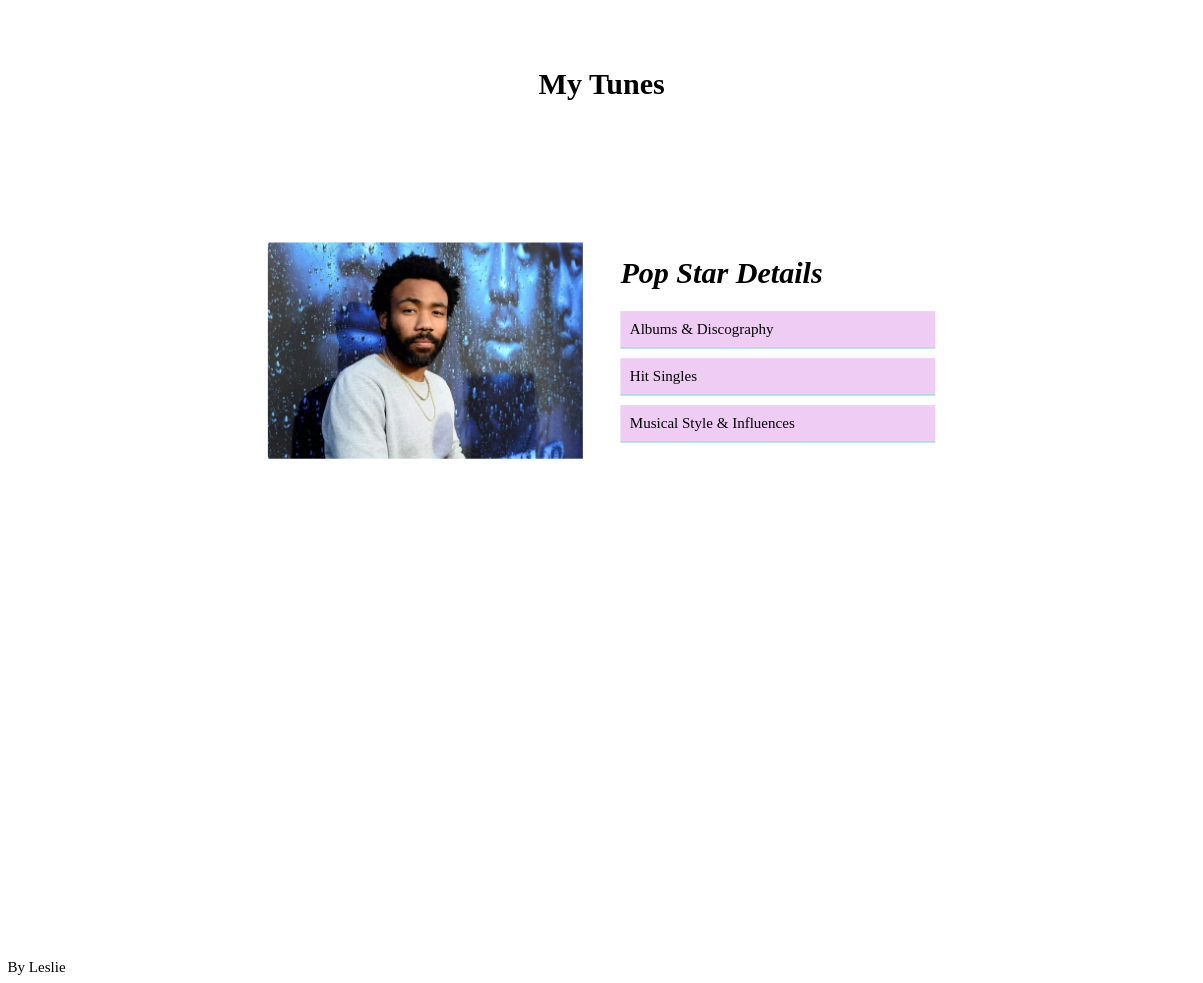
Repository: leslie179/labOne
Page: /
These files come from the project's save history. The page is drawn as it stood at one moment and after a run of saves; the edit follows.
The browser window is 1280 px wide. The pictures show the whole page, at 94% of full size.
The project was rebuilt for these pictures with package versions that can differ from the ones it lists, and the page was loaded fresh each time. The framework's server and built-in components were replaced by stand-ins that run in the browser. Also part of the build but not shown: next.config.js, components/Footer/Footer.module.css.

Above is the page before, as saved 2024-09-15 22:41:01.

### pages/index.js
import Head from 'next/head'
import styles from '@/styles/Home.module.css'
import Footer from '@/components/Footer'
import Header from '@/components/Header'
import LeftComponent from '@/components/LeftComponent'
import RightComponent from '@/components/RightComponent'

export default function Home() {
  return (
    <>
      <Head>
        <title>Create Next App</title>
        <meta name="description" content="Generated by create next app" />
        <meta name="viewport" content="width=device-width, initial-scale=1" />
        <link rel="icon" href="/favicon.ico" />
      </Head>
      <Header/>
      <main className={`${styles.main}`}>
      <div className={styles.container}>
      <div className={styles.left}>
                <LeftComponent />
            </div>
            <div className={styles.right}>
              <h1 className={styles.h1}>Pop Star Details</h1>
                <RightComponent />
            </div>
            </div>
      </main>
      <Footer/>
    </>
  )
}

### styles/globals.css
:root {


}

a {
  color: inherit;
  text-decoration: none;
}

### styles/Home.module.css
.main {
  display: flex;
  flex-direction: column;
  justify-content: space-between;
  align-items: center;
  padding: 6rem;
  min-height: 20vh;
}

.container {
  display: flex;
  width: 70%;
  height: 100vh;

}

.left, .right {
  width: 50%;
  padding: 20px;
  box-sizing: border-box;
}



.h1{
  padding-top: 8%;
  font-style: italic;
}

### components/Footer/index.js
import styles from "./Footer.module.css"

export default function Footer() {
    return(
        <footer className={styles.Footer}>
            By Leslie
        </footer>
    )
}

### components/Header/index.js
import styles from './Header.module.css';


export default function Header() {
    return (
        <header className={styles.header}>
            <h1>My Tunes</h1>
        </header>
    );
}

### components/LeftComponent/index.js
import styles from './LeftComponent.module.css';

export default function LeftComponent() {
    return (
        <div>
            <img src="childish_icon.jpg" alt="Childish Icon" className={styles.image} />
        </div>
    );
}

### components/RightComponent/index.js
import { useState } from 'react';
import styles from './RightComponent.module.css';

export default function RightComponent() {
    const [activeIndex, setActiveIndex] = useState(null);

    const toggleAccordion = (index) => {
        setActiveIndex(activeIndex === index ? null : index);
    };

    const categories = [
        {
            title: 'Albums & Discography',
            content: '"Camp" \n"Because the Internet" \n"Awaken, My Love!"'
        },
        {
            title: 'Hit Singles',
            content: '"3005"\n "Redbone"\n "This Is America" which won Grammys for its cultural impact.'
        },
        {
            title: 'Musical Style & Influences',
            content: 'Blend of hip hop, soul, funk, and rock, drawing influence from Prince, OutKast, and more.'
        }
    ];

    return (
        <div className={styles.accordion}>
            {categories.map((category, index) => (
                <div key={index} className={styles.item}>
                    <div className={styles.title} onClick={() => toggleAccordion(index)}>
                        {category.title}
                    </div>
                    <div className={`${styles.content} ${activeIndex === index ? styles.show : ''}`}>
                        <p>{category.content.split('\n').map((line, i) => (
                            <span key={i}>{line}<br /></span>
                        ))}</p>
                    </div>
                </div>
            ))}
        </div>
    );
}

### components/Header/Header.module.css
.header {
    text-align: center;
    padding-top: 5%;
  }

  .header h1 {
    margin: 0;
    padding: 0;
    font-size: 2rem; /* Adjust as needed */
  }

### components/LeftComponent/LeftComponent.module.css
.left {
    width: 50%;
    background-color: lightgray;
    padding: 20px;
    box-sizing: border-box;
    height: 100vh;
    float: left;
}

.image{
    width: 100%;
    padding-top: 10%;
}

### components/RightComponent/RightComponent.module.css
.right {
    width: 50%;
    padding: 20px;

    box-sizing: border-box;
    height: 100vh;
    float: right;
}


.item {
    border-bottom: 2.5px solid lightblue;
    margin-bottom: 10px;
}

.title {
    cursor: pointer;
    padding: 10px;
    background-color: #eeccf4;
}

.content {
    max-height: 0;
    overflow: hidden;
    transition: max-height 0.3s ease-out;
}

.show {
    max-height: 100px;
}

Loaded but not shown: pages/_app.js (common file); pages/_document.js (common file)

After the next 3 saves:
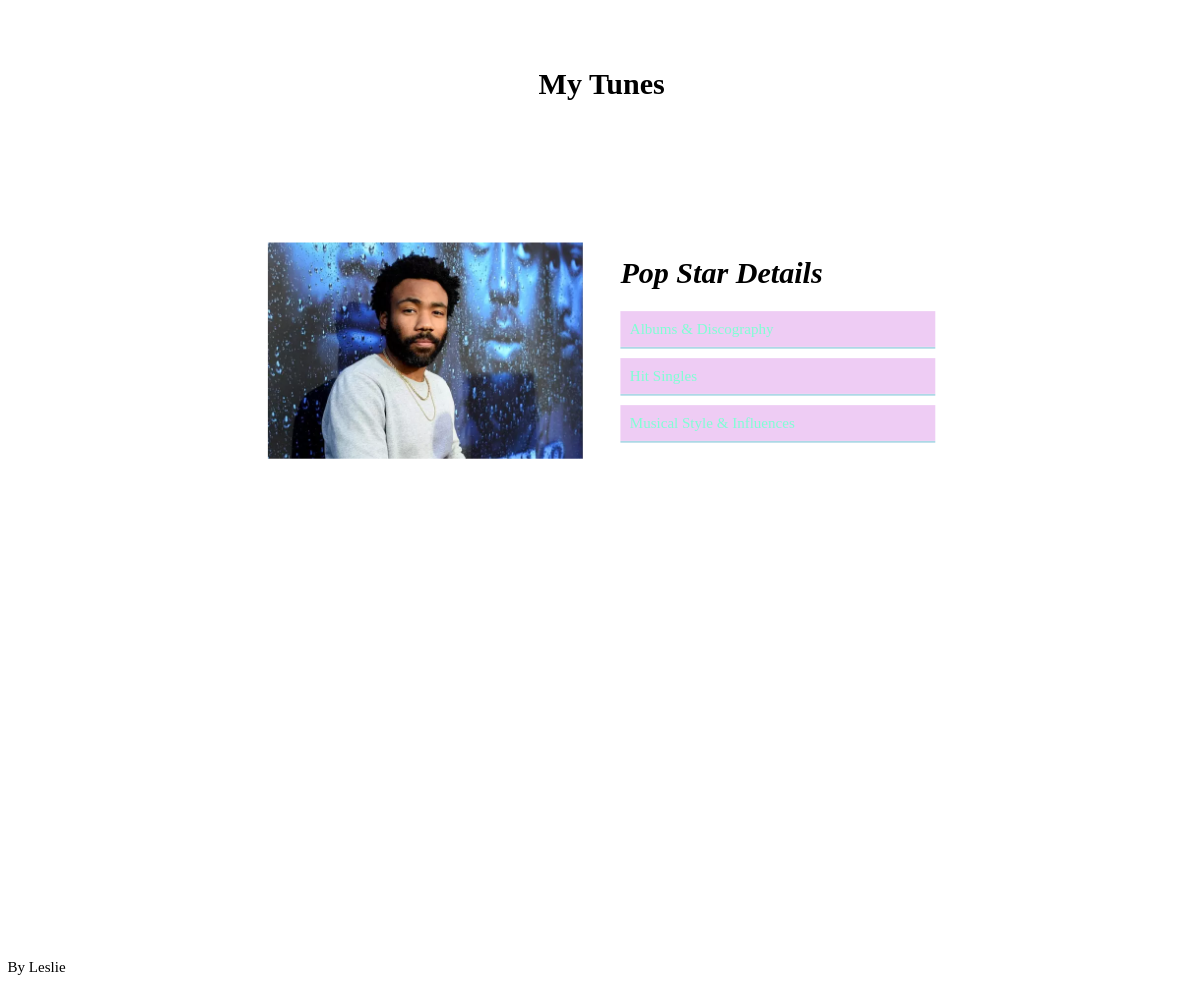
The 3 saves are shown as one change because they came seconds apart.
The last was saved 56 s later.
--- a/components/RightComponent/RightComponent.module.css
+++ b/components/RightComponent/RightComponent.module.css
@@ -17,6 +17,7 @@
     cursor: pointer;
     padding: 10px;
     background-color: #eeccf4;
+    color: aquamarine;
 }
 
 .content {
